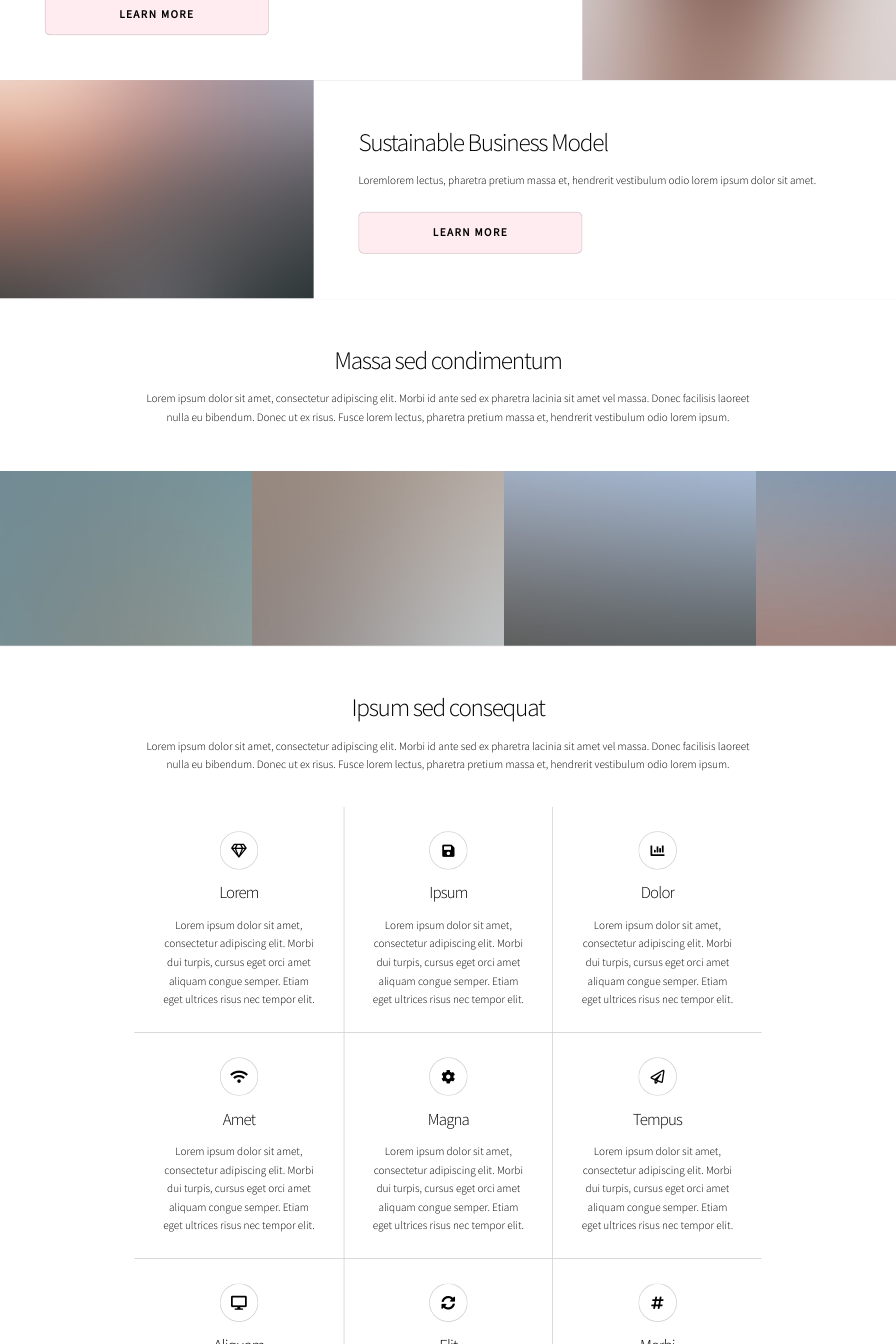
Repository: alejandroRdzGarza/4est-box-landing-page
Page: index.html
An editor plug-in stored every save of this project. The page is shown before and after the next save, followed by the edit.
The browser window is 1280 px wide. The pictures show the part of the page from y = 1309 to 3229 px (the page is 5663 px tall before and 5689 px after), at 70% of full size.

Above is the page before, as saved 2025-03-04 19:01:15.

### index.html
<!DOCTYPE HTML>
<!--
	Story by HTML5 UP
	html5up.net | @ajlkn
	Free for personal and commercial use under the CCA 3.0 license (html5up.net/license)
-->
<html>
	<head>
		<title>Story by HTML5 UP</title>
		<meta charset="utf-8" />
		<meta name="viewport" content="width=device-width, initial-scale=1, user-scalable=no" />
		<link rel="stylesheet" href="assets/css/main.css" />
		<link rel="stylesheet" href="assets/css/pricing-table.css" />
		<noscript><link rel="stylesheet" href="assets/css/noscript.css" /></noscript>
	</head>
	<body class="is-preload">

		<!-- Wrapper -->
			<div id="wrapper" class="divided">

				<!-- One -->
					<section class="banner style1 orient-left content-align-left image-position-right fullscreen onload-image-fade-in onload-content-fade-right">
						<div class="content">
							<h1>4est-box</h1>
							<p class="major">Purifying the air you breathe while providing interactive experiences and sustainable advertising solutions. 4est Box is the future of clean air technology for indoor spaces.</p>
							<ul class="actions stacked">
								<li><a href="#first" class="button big wide smooth-scroll-middle">Get Started</a></li>
							</ul>
						</div>
						<div class="image">
							<img src="images-landing/5.png" alt="" />
						</div>
					</section>

				<!-- Two -->
					<section class="spotlight style1 orient-right content-align-left image-position-center onscroll-image-fade-in" id="first">
						<div class="content">
							<h2>Why Indoor Air Quality Matters</h2>
							<p>Air pollution is invisible but dangerous. Offices, gyms, and stadiums accumulate harmful pollutants that affect concentration, health, and well-being. 4est Box removes contaminants, captures CO₂, and enhances productivity in any environment.</p>
							<ul class="actions stacked">
								<li><a href="#" class="button">Learn More</a></li>
							</ul>
						</div>
						<div class="image">
							<img src="images-landing/1.png" alt="" />
						</div>
					</section>

				<!-- Three -->
					<section class="spotlight style1 orient-left content-align-left image-position-center onscroll-image-fade-in">
						<div class="content">
							<h2>Advanced Filtration & AI Integration</h2>
							<p>4est Box combines cutting-edge HEPA filtration, CO₂ capture, and interactive AI technology. Users can engage with an intelligent assistant while breathing cleaner air, making every interaction informative and beneficial.</p>
							<ul class="actions stacked">
								<li><a href="#" class="button">Learn More</a></li>
							</ul>
						</div>
						<div class="image">
							<img src="images/spotlight02.jpg" alt="" />
						</div>
					</section>

				<!-- Four -->
					<section class="spotlight style1 orient-right content-align-left image-position-center onscroll-image-fade-in">
						<div class="content">
							<h2>Sustainable Business Model</h2>
							<p>Loremlorem lectus, pharetra pretium massa et, hendrerit vestibulum odio lorem ipsum dolor sit amet.</p>
							<ul class="actions stacked">
								<li><a href="#" class="button">Learn More</a></li>
							</ul>
						</div>
						<div class="image">
							<img src="images/spotlight03.jpg" alt="" />
						</div>
					</section>

				<!-- Five -->
					<section class="wrapper style1 align-center">
						<div class="inner">
							<h2>Massa sed condimentum</h2>
							<p>Lorem ipsum dolor sit amet, consectetur adipiscing elit. Morbi id ante sed ex pharetra lacinia sit amet vel massa. Donec facilisis laoreet nulla eu bibendum. Donec ut ex risus. Fusce lorem lectus, pharetra pretium massa et, hendrerit vestibulum odio lorem ipsum.</p>
						</div>

						<!-- Gallery -->
							<div class="gallery style2 medium lightbox onscroll-fade-in">
								<article>
									<a href="images/gallery/fulls/01.jpg" class="image">
										<img src="images/gallery/thumbs/01.jpg" alt="" />
									</a>
									<div class="caption">
										<h3>Ipsum Dolor</h3>
										<p>Lorem ipsum dolor amet, consectetur magna etiam elit. Etiam sed ultrices.</p>
										<ul class="actions fixed">
											<li><span class="button small">Details</span></li>
										</ul>
									</div>
								</article>
								<article>
									<a href="images/gallery/fulls/02.jpg" class="image">
										<img src="images/gallery/thumbs/02.jpg" alt="" />
									</a>
									<div class="caption">
										<h3>Feugiat Lorem</h3>
										<p>Lorem ipsum dolor amet, consectetur magna etiam elit. Etiam sed ultrices.</p>
										<ul class="actions fixed">
											<li><span class="button small">Details</span></li>
										</ul>
									</div>
								</article>
								<article>
									<a href="images/gallery/fulls/03.jpg" class="image">
										<img src="images/gallery/thumbs/03.jpg" alt="" />
									</a>
									<div class="caption">
										<h3>Magna Amet</h3>
										<p>Lorem ipsum dolor amet, consectetur magna etiam elit. Etiam sed ultrices.</p>
										<ul class="actions fixed">
											<li><span class="button small">Details</span></li>
										</ul>
									</div>
								</article>
								<article>
									<a href="images/gallery/fulls/04.jpg" class="image">
										<img src="images/gallery/thumbs/04.jpg" alt="" />
									</a>
									<div class="caption">
										<h3>Sed Tempus</h3>
										<p>Lorem ipsum dolor amet, consectetur magna etiam elit. Etiam sed ultrices.</p>
										<ul class="actions fixed">
											<li><span class="button small">Details</span></li>
										</ul>
									</div>
								</article>
								<article>
									<a href="images/gallery/fulls/05.jpg" class="image">
										<img src="images/gallery/thumbs/05.jpg" alt="" />
									</a>
									<div class="caption">
										<h3>Ultrices Magna</h3>
										<p>Lorem ipsum dolor amet, consectetur magna etiam elit. Etiam sed ultrices.</p>
										<ul class="actions fixed">
											<li><span class="button small">Details</span></li>
										</ul>
									</div>
								</article>
								<article>
									<a href="images/gallery/fulls/06.jpg" class="image">
										<img src="images/gallery/thumbs/06.jpg" alt="" />
									</a>
									<div class="caption">
										<h3>Sed Tempus</h3>
										<p>Lorem ipsum dolor amet, consectetur magna etiam elit. Etiam sed ultrices.</p>
										<ul class="actions fixed">
											<li><span class="button small">Details</span></li>
										</ul>
									</div>
								</article>
								<article>
									<a href="images/gallery/fulls/07.jpg" class="image">
										<img src="images/gallery/thumbs/07.jpg" alt="" />
									</a>
									<div class="caption">
										<h3>Ipsum Lorem</h3>
										<p>Lorem ipsum dolor amet, consectetur magna etiam elit. Etiam sed ultrices.</p>
										<ul class="actions fixed">
											<li><span class="button small">Details</span></li>
										</ul>
									</div>
								</article>
								<article>
									<a href="images/gallery/fulls/08.jpg" class="image">
										<img src="images/gallery/thumbs/08.jpg" alt="" />
									</a>
									<div class="caption">
										<h3>Magna Risus</h3>
										<p>Lorem ipsum dolor amet, consectetur magna etiam elit. Etiam sed ultrices.</p>
										<ul class="actions fixed">
											<li><span class="button small">Details</span></li>
										</ul>
									</div>
								</article>
								<article>
									<a href="images/gallery/fulls/09.jpg" class="image">
										<img src="images/gallery/thumbs/09.jpg" alt="" />
									</a>
									<div class="caption">
										<h3>Tempus Dolor</h3>
										<p>Lorem ipsum dolor amet, consectetur magna etiam elit. Etiam sed ultrices.</p>
										<ul class="actions fixed">
											<li><span class="button small">Details</span></li>
										</ul>
									</div>
								</article>
								<article>
									<a href="images/gallery/fulls/10.jpg" class="image">
										<img src="images/gallery/thumbs/10.jpg" alt="" />
									</a>
									<div class="caption">
										<h3>Sed Etiam</h3>
										<p>Lorem ipsum dolor amet, consectetur magna etiam elit. Etiam sed ultrices.</p>
										<ul class="actions fixed">
											<li><span class="button small">Details</span></li>
										</ul>
									</div>
								</article>
								<article>
									<a href="images/gallery/fulls/11.jpg" class="image">
										<img src="images/gallery/thumbs/11.jpg" alt="" />
									</a>
									<div class="caption">
										<h3>Magna Lorem</h3>
										<p>Lorem ipsum dolor amet, consectetur magna etiam elit. Etiam sed ultrices.</p>
										<ul class="actions fixed">
											<li><span class="button small">Details</span></li>
										</ul>
									</div>
								</article>
								<article>
									<a href="images/gallery/fulls/12.jpg" class="image">
										<img src="images/gallery/thumbs/12.jpg" alt="" />
									</a>
									<div class="caption">
										<h3>Ipsum Dolor</h3>
										<p>Lorem ipsum dolor amet, consectetur magna etiam elit. Etiam sed ultrices.</p>
										<ul class="actions fixed">
											<li><span class="button small">Details</span></li>
										</ul>
									</div>
								</article>
							</div>

					</section>

				<!-- Six -->
					<section class="wrapper style1 align-center">
						<div class="inner">
							<h2>Ipsum sed consequat</h2>
							<p>Lorem ipsum dolor sit amet, consectetur adipiscing elit. Morbi id ante sed ex pharetra lacinia sit amet vel massa. Donec facilisis laoreet nulla eu bibendum. Donec ut ex risus. Fusce lorem lectus, pharetra pretium massa et, hendrerit vestibulum odio lorem ipsum.</p>
							<div class="items style1 medium onscroll-fade-in">
								<section>
									<span class="icon style2 major fa-gem"></span>
									<h3>Lorem</h3>
									<p>Lorem ipsum dolor sit amet, consectetur adipiscing elit. Morbi dui turpis, cursus eget orci amet aliquam congue semper. Etiam eget ultrices risus nec tempor elit.</p>
								</section>
								<section>
									<span class="icon solid style2 major fa-save"></span>
									<h3>Ipsum</h3>
									<p>Lorem ipsum dolor sit amet, consectetur adipiscing elit. Morbi dui turpis, cursus eget orci amet aliquam congue semper. Etiam eget ultrices risus nec tempor elit.</p>
								</section>
								<section>
									<span class="icon solid style2 major fa-chart-bar"></span>
									<h3>Dolor</h3>
									<p>Lorem ipsum dolor sit amet, consectetur adipiscing elit. Morbi dui turpis, cursus eget orci amet aliquam congue semper. Etiam eget ultrices risus nec tempor elit.</p>
								</section>
								<section>
									<span class="icon solid style2 major fa-wifi"></span>
									<h3>Amet</h3>
									<p>Lorem ipsum dolor sit amet, consectetur adipiscing elit. Morbi dui turpis, cursus eget orci amet aliquam congue semper. Etiam eget ultrices risus nec tempor elit.</p>
								</section>
								<section>
									<span class="icon solid style2 major fa-cog"></span>
									<h3>Magna</h3>
									<p>Lorem ipsum dolor sit amet, consectetur adipiscing elit. Morbi dui turpis, cursus eget orci amet aliquam congue semper. Etiam eget ultrices risus nec tempor elit.</p>
								</section>
								<section>
									<span class="icon style2 major fa-paper-plane"></span>
									<h3>Tempus</h3>
									<p>Lorem ipsum dolor sit amet, consectetur adipiscing elit. Morbi dui turpis, cursus eget orci amet aliquam congue semper. Etiam eget ultrices risus nec tempor elit.</p>
								</section>
								<section>
									<span class="icon solid style2 major fa-desktop"></span>
									<h3>Aliquam</h3>
									<p>Lorem ipsum dolor sit amet, consectetur adipiscing elit. Morbi dui turpis, cursus eget orci amet aliquam congue semper. Etiam eget ultrices risus nec tempor elit.</p>
								</section>
								<section>
									<span class="icon solid style2 major fa-sync-alt"></span>
									<h3>Elit</h3>
									<p>Lorem ipsum dolor sit amet, consectetur adipiscing elit. Morbi dui turpis, cursus eget orci amet aliquam congue semper. Etiam eget ultrices risus nec tempor elit.</p>
								</section>
								<section>
									<span class="icon solid style2 major fa-hashtag"></span>
									<h3>Morbi</h3>
									<p>Lorem ipsum dolor sit amet, consectetur adipiscing elit. Morbi dui turpis, cursus eget orci amet aliquam congue semper. Etiam eget ultrices risus nec tempor elit.</p>
								</section>
								<section>
									<span class="icon solid style2 major fa-bolt"></span>
									<h3>Turpis</h3>
									<p>Lorem ipsum dolor sit amet, consectetur adipiscing elit. Morbi dui turpis, cursus eget orci amet aliquam congue semper. Etiam eget ultrices risus nec tempor elit.</p>
								</section>
								<section>
									<span class="icon solid style2 major fa-envelope"></span>
									<h3>Ultrices</h3>
									<p>Lorem ipsum dolor sit amet, consectetur adipiscing elit. Morbi dui turpis, cursus eget orci amet aliquam congue semper. Etiam eget ultrices risus nec tempor elit.</p>
								</section>
								<section>
									<span class="icon solid style2 major fa-leaf"></span>
									<h3>Risus</h3>
									<p>Lorem ipsum dolor sit amet, consectetur adipiscing elit. Morbi dui turpis, cursus eget orci amet aliquam congue semper. Etiam eget ultrices risus nec tempor elit.</p>
								</section>
							</div>
						</div>
					</section>


					<section class="plans__container">
						<div class="plans">
						<div class="plansHero">
							<h1 class="plansHero__title">Simple, transparent pricing</h1>
							<p class="plansHero__subtitle">No contracts. No suprise fees.</p>
						</div>
						<div class="planItem__container">
							<!--free plan starts -->
							<div class="planItem planItem--free">

							<div class="card">
								<div class="card__header">
								<div class="card__icon symbol symbol--rounded"></div>
								<h2>Free</h2>
								</div>
								<div class="card__desc">Lorem ipsum dolor sit amet, consectetur adipisicing elit, sed do</div>
							</div>

							<div class="price">$0<span>/ month</span></div>

							<ul class="featureList">
								<li>2 links</li>
								<li>Own analytics platform</li>
								<li class="disabled">Chat support</li>
								<li class="disabled">Mobile application</li>
								<li class="disabled">Unlimited users</li>
							</ul>

							<button class="button">Get Started</button>
							</div>
							<!--free plan ends -->

							<!--pro plan starts -->
							<div class="planItem planItem--pro">
							<div class="card">
								<div class="card__header">
								<div class="card__icon symbol"></div>
								<h2>Pro</h2>
								<div class="card__label label">Best Value</div>
								</div>
								<div class="card__desc">Ut enim ad minim veniam, quis nostrud exercitation ullamco laboris</div>
							</div>

							<div class="price">$18<span>/ month</span></div>

							<ul class="featureList">
								<li>2 links</li>
								<li>Own analytics platform</li>
								<li>Chat support</li>
								<li class="disabled">Mobile application</li>
								<li class="disabled">Unlimited users</li>
							</ul>

							<button class="button button--pink">Get Started</button>
							</div>
							<!--pro plan ends -->

							<!--entp plan starts -->
							<div class="planItem planItem--entp">
							<div class="card">
								<div class="card__header">
								<div class="card__icon"></div>
								<h2>Enterprise</h2>
								</div>
								<div class="card__desc">Nisi ut aliquip ex ea commodo consequat. Duis aute irure dolor</div>
							</div>

							<div class="price">Let's Talk</div>

							<ul class="featureList">
								<li>2 links</li>
								<li>Own analytics platform</li>
								<li>Chat support</li>
								<li>Mobile application</li>
								<li>Unlimited users</li>
								<li>Customize Panel</li>
							</ul>

							<button class="button button--white">Get Started</button>
							</div>
							<!--entp plan ends -->

						</div>
						</div>
					</section>

				<!-- Seven -->
					<section class="wrapper style1 align-center">
						<div class="inner medium">
							<h2>Get in touch</h2>
							<form method="post" action="#">
								<div class="fields">
									<div class="field half">
										<label for="name">Name</label>
										<input type="text" name="name" id="name" value="" />
									</div>
									<div class="field half">
										<label for="email">Email</label>
										<input type="email" name="email" id="email" value="" />
									</div>
									<div class="field">
										<label for="message">Message</label>
										<textarea name="message" id="message" rows="6"></textarea>
									</div>
								</div>
								<ul class="actions special">
									<li><input type="submit" name="submit" id="submit" value="Send Message" /></li>
								</ul>
							</form>

						</div>
					</section>

				<!-- Footer -->
					<footer class="wrapper style1 align-center">
						<div class="inner">
							<ul class="icons">
								<li><a href="#" class="icon brands style2 fa-twitter"><span class="label">Twitter</span></a></li>
								<li><a href="#" class="icon brands style2 fa-facebook-f"><span class="label">Facebook</span></a></li>
								<li><a href="#" class="icon brands style2 fa-instagram"><span class="label">Instagram</span></a></li>
								<li><a href="#" class="icon brands style2 fa-linkedin-in"><span class="label">LinkedIn</span></a></li>
								<li><a href="#" class="icon style2 fa-envelope"><span class="label">Email</span></a></li>
							</ul>
							<p>&copy; Untitled. Design: <a href="https://html5up.net">HTML5 UP</a>.</p>
						</div>
					</footer>

			</div>

		<!-- Scripts -->
			<script src="assets/js/jquery.min.js"></script>
			<script src="assets/js/jquery.scrollex.min.js"></script>
			<script src="assets/js/jquery.scrolly.min.js"></script>
			<script src="assets/js/browser.min.js"></script>
			<script src="assets/js/breakpoints.min.js"></script>
			<script src="assets/js/util.js"></script>
			<script src="assets/js/main.js"></script>

	</body>
</html>

Loaded but not shown: assets/css/main.css (library); assets/js/jquery.min.js (library); assets/js/jquery.scrollex.min.js (common file); assets/js/jquery.scrolly.min.js (common file); assets/js/browser.min.js (common file); assets/js/breakpoints.min.js (common file); assets/css/fontawesome-all.min.css (library); assets/js/util.js (587 lines, source omitted); assets/js/main.js (341 lines, source omitted); assets/css/pricing-table.css (287 lines, source omitted)

After the next save:
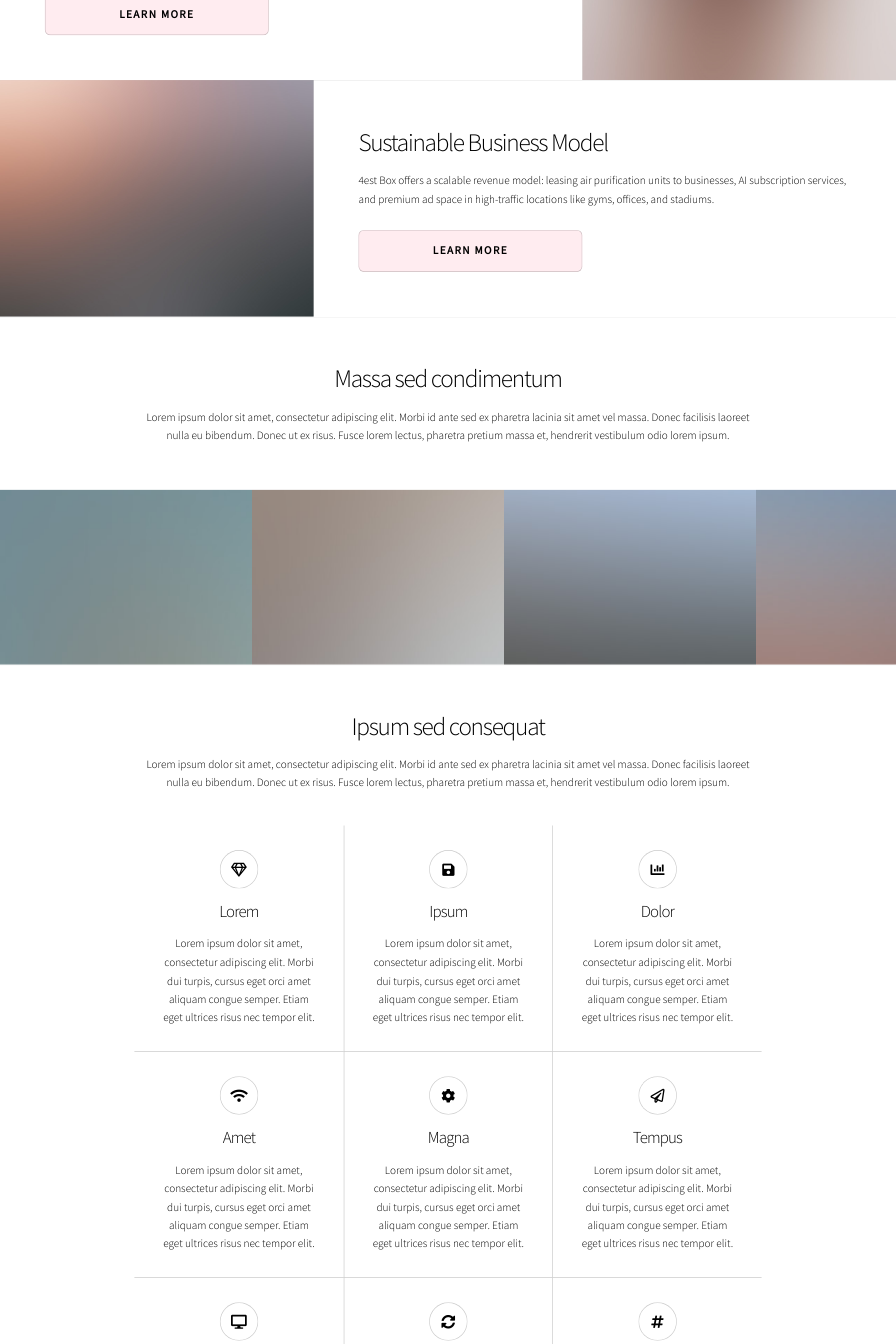
Saved 5 s later.
--- a/index.html
+++ b/index.html
@@ -64,7 +64,7 @@
 					<section class="spotlight style1 orient-right content-align-left image-position-center onscroll-image-fade-in">
 						<div class="content">
 							<h2>Sustainable Business Model</h2>
-							<p>Loremlorem lectus, pharetra pretium massa et, hendrerit vestibulum odio lorem ipsum dolor sit amet.</p>
+							<p>4est Box offers a scalable revenue model: leasing air purification units to businesses, AI subscription services, and premium ad space in high-traffic locations like gyms, offices, and stadiums.</p>
 							<ul class="actions stacked">
 								<li><a href="#" class="button">Learn More</a></li>
 							</ul>
